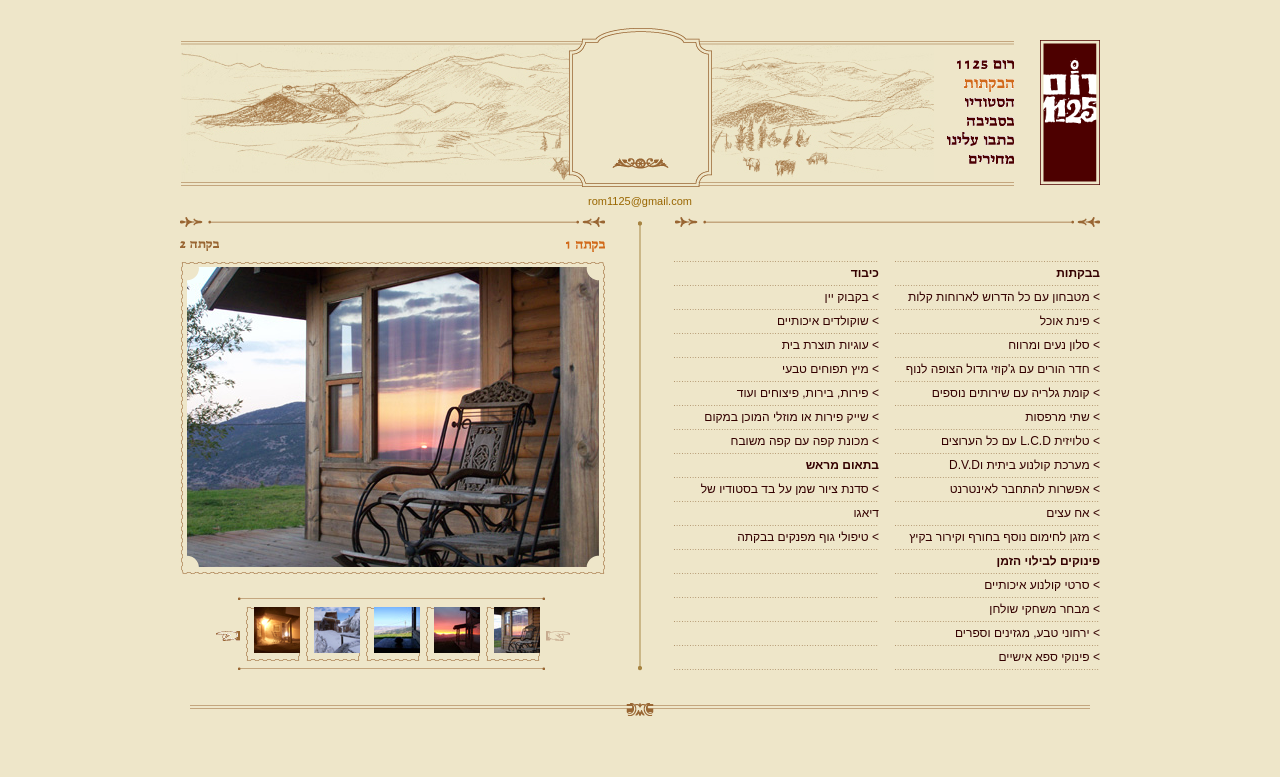
Repository: asafg/rom1125
Page: rom1125/WebContent/huts.html
The author's editor kept a copy of each file at every save. The page is drawn from the files as they stood at one save, then again after the next save.
The browser window is 1280 px wide. The pictures show the whole page.

Above is the page before, as saved 2010-06-10 12:44:52.

### rom1125/WebContent/huts.html
<!DOCTYPE html PUBLIC "-//W3C//DTD XHTML 1.1//EN" "http://www.w3.org/TR/xhtml11/DTD/xhtml11.dtd">
<html xmlns="http://www.w3.org/1999/xhtml">

<head>
  <meta http-equiv="Content-Type" content="text/html; charset=utf-8"/>
  <title>רום 1125</title>
  <link rel="stylesheet" href="css/common.css" type="text/css" media="screen"/>
  <link rel="stylesheet" href="css/huts.css" type="text/css" media="screen"/>
  <script src="js/img_gal_cc_compressed.js" type="text/javascript"></script>
  <script type="text/javascript">
  function showHutGallery(hut) {
	  var otherHut = (hut == 1) ? 2 : 1;
	  $('hut' + hut).addClass('active');
	  $('hut' + otherHut).removeClass('active');
	  $('thumbnails_panel' + otherHut).setStyle('display', 'none');
	  $('slideshow' + otherHut).setStyle('display', 'none');
	  $('thumbnails_panel' + hut).setStyle('display', 'block');
	  $('slideshow' + hut).setStyle('display', 'block');
	  if (hut == 2 && hut2ImageGallery == null) {
		  initHut2Gallery();
	  }
  }

  function initHut2Gallery() {
	  hut2ImageGallery = new ImageGallery({
		slides: $$('#slideshow2 img'),
		thumbnails: $$('#thumbnails_wrapper2 img'),
		thumbnailsViewport: 'thumbnails2',
		thumbnailsContainer: 'thumbnails_wrapper2',
		nextThumbnailLink: 'left_arrow2',
		prevThumbnailLink: 'right_arrow2',
		nextThumbnailLinkClass: 'left_arrow',
		prevThumbnailLinkClass: 'right_arrow'});
  }
  </script>
</head>
<body>
<div id="main">
<!-- header -->
<div id="header">
<img id="logo" src="images/logo.png"/>
<div id="header_without_logo"><!-- The part of the header left of the logo -->
<div id="header_top"><img src="images/header_top.png"/></div>
<div id="toolbar_buttons">
<a id="home_link" href="index.html"><img src="images/blank.gif"/></a>
<img src="images/biktot_hl.gif"/>
<a id="studio_link" href="studio.html"><img src="images/blank.gif"/></a>
<a id="env_link" href="env.html"><img src="images/blank.gif"/></a>
<a id="media_link" href="media.html"><img src="images/blank.gif"/></a>
<a id="prices_link" href="prices.html"><img src="images/blank.gif"/></a>
</div><!-- toolbar_buttons -->
<div class="header_image"><img src="images/header_right.jpg"/></div>
<div class="header_image"><img src="images/header_middle.png"/></div>
<div class="header_image"><img src="images/header_left.jpg"/></div>
<div id="header_bottom"><img id="header_bottom_image" src="images/header_bottom.png"/></div>
</div><!-- header_without_logo-->
<div id="email_address_div">
<a href="mailto:rom1125@gmail.com" class="email_address">rom1125@gmail.com</a>
</div><!-- email_address_div -->
</div><!-- header -->
<!-- now for the separators -->
<div id="right_part">
<img src="images/top_horiz_sep.png" class="sep_image"/>
<div id="page_text" class="page_text">
<div id="right_col" class="text_column">
<b>בבקתות</b><br/>
&gt; מטבחון עם כל הדרוש לארוחות קלות<br/>
&gt; פינת אוכל<br/>
&gt; סלון נעים ומרווח<br/>
&gt; חדר הורים עם ג'קוזי גדול הצופה לנוף<br/>
&gt; קומת גלריה עם שירותים נוספים<br/>
&gt; שתי מרפסות<br/>
&gt; טלויזית L.C.D עם כל הערוצים<br/>
&gt; מערכת קולנוע ביתית וD.V.D<br/>
&gt; אפשרות להתחבר לאינטרנט<br/>
&gt; אח עצים<br/>
&gt; מזגן לחימום נוסף בחורף וקירור בקיץ<br/>
<b>פינוקים לבילוי הזמן</b><br/>
&gt; סרטי קולנוע איכותיים<br/>
&gt; מבחר משחקי שולחן<br/>
&gt; ירחוני טבע, מגזינים וספרים<br/>
&gt; פינוקי ספא אישיים<br/>
</div><!-- right_col -->
<div id="columns_spacer"></div>
<div id="left_col" class="text_column">
<b>כיבוד</b><br/>
&gt; בקבוק יין<br/>
&gt; שוקולדים איכותיים<br/>
&gt; עוגיות תוצרת בית<br/>
&gt; מיץ תפוחים טבעי<br/>
&gt; פירות, בירות, פיצוחים ועוד<br/>
&gt; שייק פירות או מוזלי המוכן במקום<br/>
&gt; מכונת קפה עם קפה משובח<br/>
<b>בתאום מראש</b><br/>
&gt; סדנת ציור שמן על בד בסטודיו של דיאגו<br/>
&gt; טיפולי גוף מפנקים בבקתה<br/>
</div><!-- left_col -->
</div><!-- page_text -->
</div><!-- right -->
<div id="vert_sep">
<img src="images/top_ball.png" class="sep_image"/>
<div id="vert_bar"></div>
<img src="images/bottom_ball.png" class="sep_image"/>
</div><!-- vert_sep -->
<div id="left_part">
<img src="images/top_horiz_sep.png" class="sep_image"/>
<div id="hut_links">
	<a href="#" id="hut1" onclick="showHutGallery(1)"><img src="images/blank.gif"/></a>
	<a href="#" id="hut2" onclick="showHutGallery(2)"><img src="images/blank.gif"/></a>
</div>
<div id="photo_frame"><div id="photo_frame_overlay"></div>
<div id="slideshow1">
<img src="images/photos/hut1_1.jpg" alt="השתקפות שקיעה על חלון בקתה 1" title="השתקפות שקיעה על חלון בקתה 1"/>
<img src="images/photos/hut1_2.jpg" alt="שקיעה עם וניל" title="שקיעה עם וניל"/>
<img src="images/photos/hut1_3.jpg" alt="נוף מהמרפסת - עיו קניה" title="נוף מהמרפסת - עיו קניה"/>
<img src="images/photos/hut1_4.jpg" alt="בשלג מכוון המדרגות" title="בשלג מכוון המדרגות"/>
<img src="images/photos/hut1_5.jpg" alt="המרפסת בשלג בלילה" title="המרפסת בשלג בלילה"/>
<img src="images/photos/hut1_6.jpg" alt="זריחה מיוחדת למקדימים להשכים" title="זריחה מיוחדת למקדימים להשכים"/>
<img src="images/photos/hut1_7.jpg" alt="הגפן ובקתה 1 ברקע" title="הגפן ובקתה 1 ברקע"/>
<img src="images/photos/hut1_8.jpg" alt="שקיעה משתקפת על החלון המערבי" title="שקיעה משתקפת על החלון המערבי"/>
<img src="images/photos/hut1_9.jpg" alt="ויטראז' ועץ בחלון" title="ויטראז' ועץ בחלון"/>
<img src="images/photos/hut1_10.jpg" alt="סלון בקתה 1" title="סלון בקתה 1"/>
<img src="images/photos/hut1_11.jpg" alt="הסלון מהאח" title="הסלון מהאח"/>
<img src="images/photos/hut1_12.jpg" alt="חדר שינה ועץ בחלון" title="חדר שינה ועץ בחלון"/>
<img src="images/photos/hut1_13.jpg" alt="מטבח עם קערת פרות" title="מטבח עם קערת פרות"/>
<img src="images/photos/hut1_14.jpg" alt="קערת דובדבנים ומוזלי ברקע הסלון" title="קערת דובדבנים ומוזלי ברקע הסלון"/>
<img src="images/photos/hut1_15.jpg" alt="סלון" title="סלון"/>
<img src="images/photos/hut1_16.jpg" alt="עציץ מלמטה" title="עציץ מלמטה"/>
<img src="images/photos/hut1_17.jpg" alt="קומה עליונה ועץ בחלון" title="קומה עליונה ועץ בחלון"/>
<img src="images/photos/hut1_18.jpg" alt="פינת ישיבה בקומה עליונה" title="פינת ישיבה בקומה עליונה"/>
<img src="images/photos/hut1_19.jpg" alt="נוף ירוק מחלון ג'קוזי 1" title="נוף ירוק מחלון ג'קוזי 1"/>
<img src="images/photos/hut1_20.jpg" alt="ג'קוזי וויטראז' בבקתה 1" title="ג'קוזי וויטראז' בבקתה 1"/>
<img src="images/photos/hut1_21.jpg" alt="בקתה בצללית" title="בקתה בצללית"/>
<img src="images/photos/hut1_22.jpg" alt="שני כיסאות לנוף בשלג" title="שני כיסאות לנוף בשלג"/>
</div><!-- slideshow1 -->
<div id="slideshow2">
<img src="images/photos/photo12.jpg"/>
<img src="images/photos/photo11.jpg"/>
<img src="images/photos/photo12.jpg"/>
<img src="images/photos/photo11.jpg"/>
<img src="images/photos/photo12.jpg"/>
<img src="images/photos/photo11.jpg"/>
</div><!-- slideshow2 -->
</div>
<div id="thumbnails_panel1">
<img id="upper_gallery_strip1" src="images/gallery_strip.png"/>
<div id="thumbnails_toolbar1">
<img id="right_arrow1" src="images/blank.gif" class="right_arrow"/>
<div id="thumbnails1">
<div id="thumbnails_wrapper1">
<div class="thumbnail"><img src="images/thumbs/hut1_1.jpg" alt="השתקפות שקיעה על חלון בקתה 1" title="השתקפות שקיעה על חלון בקתה 1"/></div>
<div class="thumbnail"><img src="images/thumbs/hut1_2.jpg" alt="שקיעה עם וניל" title="שקיעה עם וניל"/></div>
<div class="thumbnail"><img src="images/thumbs/hut1_3.jpg" alt="נוף מהמרפסת - עיו קניה" title="נוף מהמרפסת - עיו קניה"/></div>
<div class="thumbnail"><img src="images/thumbs/hut1_4.jpg" alt="בשלג מכוון המדרגות" title="בשלג מכוון המדרגות"/></div>
<div class="thumbnail"><img src="images/thumbs/hut1_5.jpg" alt="המרפסת בשלג בלילה" title="המרפסת בשלג בלילה"/></div>
<div class="thumbnail"><img src="images/thumbs/hut1_6.jpg" alt="זריחה מיוחדת למקדימים להשכים" title="זריחה מיוחדת למקדימים להשכים"/></div>
<div class="thumbnail"><img src="images/thumbs/hut1_7.jpg" alt="הגפן ובקתה 1 ברקע" title="הגפן ובקתה 1 ברקע"/></div>
<div class="thumbnail"><img src="images/thumbs/hut1_8.jpg" alt="שקיעה משתקפת על החלון המערבי" title="שקיעה משתקפת על החלון המערבי"/></div>
<div class="thumbnail"><img src="images/thumbs/hut1_9.jpg" alt="ויטראז' ועץ בחלון" title="ויטראז' ועץ בחלון"/></div>
<div class="thumbnail"><img src="images/thumbs/hut1_10.jpg" alt="סלון בקתה 1" title="סלון בקתה 1"/></div>
<div class="thumbnail"><img src="images/thumbs/hut1_11.jpg" alt="הסלון מהאח" title="הסלון מהאח"/></div>
<div class="thumbnail"><img src="images/thumbs/hut1_12.jpg" alt="חדר שינה ועץ בחלון" title="חדר שינה ועץ בחלון"/></div>
<div class="thumbnail"><img src="images/thumbs/hut1_13.jpg" alt="מטבח עם קערת פרות" title="מטבח עם קערת פרות"/></div>
<div class="thumbnail"><img src="images/thumbs/hut1_14.jpg" alt="קערת דובדבנים ומוזלי ברקע הסלון" title="קערת דובדבנים ומוזלי ברקע הסלון"/></div>
<div class="thumbnail"><img src="images/thumbs/hut1_15.jpg" alt="סלון" title="סלון"/></div>
<div class="thumbnail"><img src="images/thumbs/hut1_16.jpg" alt="עציץ מלמטה" title="עציץ מלמטה"/></div>
<div class="thumbnail"><img src="images/thumbs/hut1_17.jpg" alt="קומה עליונה ועץ בחלון" title="קומה עליונה ועץ בחלון"/></div>
<div class="thumbnail"><img src="images/thumbs/hut1_18.jpg" alt="פינת ישיבה בקומה עליונה" title="פינת ישיבה בקומה עליונה"/></div>
<div class="thumbnail"><img src="images/thumbs/hut1_19.jpg" alt="נוף ירוק מחלון ג'קוזי 1" title="נוף ירוק מחלון ג'קוזי 1"/></div>
<div class="thumbnail"><img src="images/thumbs/hut1_20.jpg" alt="ג'קוזי וויטראז' בבקתה 1" title="ג'קוזי וויטראז' בבקתה 1"/></div>
<div class="thumbnail"><img src="images/thumbs/hut1_21.jpg" alt="בקתה בצללית" title="בקתה בצללית"/></div>
<div class="thumbnail"><img src="images/thumbs/hut1_22.jpg" alt="שני כיסאות לנוף בשלג" title="שני כיסאות לנוף בשלג"/></div>

</div><!-- thumbnails_wrapper1 -->
</div><!-- thumbnails1 -->
<img id="left_arrow1" src="images/blank.gif" class="left_arrow"/>
</div><!-- thumbnails_toolbar1 -->
<img id="lower_gallery_strip1" src="images/gallery_strip.png"/>
</div><!-- thumbnails_panel1 -->
<div id="thumbnails_panel2">
<img id="upper_gallery_strip2" src="images/gallery_strip.png"/>
<div id="thumbnails_toolbar2">
<img id="right_arrow2" src="images/blank.gif" class="right_arrow"/>
<div id="thumbnails2">
<div id="thumbnails_wrapper2">
<div class="thumbnail"><img src="images/photos/photo5_small.jpg" class="thumbnail"/></div>
<div class="thumbnail"><img src="images/photos/photo5_small.jpg" class="thumbnail"/></div>
<div class="thumbnail"><img src="images/photos/photo5_small.jpg" class="thumbnail"/></div>
<div class="thumbnail"><img src="images/photos/photo5_small.jpg" class="thumbnail"/></div>
<div class="thumbnail"><img src="images/photos/photo5_small.jpg" class="thumbnail"/></div>
<div class="thumbnail"><img src="images/photos/photo6_small.jpg" class="thumbnail"/></div>
<div class="thumbnail"><img src="images/photos/photo6_small.jpg" class="thumbnail"/></div>
</div><!-- thumbnails_wrapper -->
</div><!-- thumbnails -->
<img id="left_arrow2" src="images/blank.gif" class="left_arrow"/>
</div><!-- thumbnails_toolbar2 -->
<img id="lower_gallery_strip2" src="images/gallery_strip.png"/>
</div><!-- thumbnails_panel2 -->
</div><!-- left -->
<div id="footer">
<img src="images/footer_sep.png" class="sep_image"/>
</div><!-- footer -->
</div><!-- main -->
<script type="text/javascript">
var hut1ImageGallery = new ImageGallery({
	slides: $$('#slideshow1 img'),
	thumbnails: $$('#thumbnails_wrapper1 img'),
	thumbnailsViewport: 'thumbnails1',
	thumbnailsContainer: 'thumbnails_wrapper1',
	nextThumbnailLink: 'left_arrow1',
	prevThumbnailLink: 'right_arrow1',
	nextThumbnailLinkClass: 'left_arrow',
	prevThumbnailLinkClass: 'right_arrow'
});

var hut2ImageGallery = null;

showHutGallery(1);
</script>
</body>
</html>

### rom1125/WebContent/css/common.css
body
{
	background-color: #EEE6C9;
	margin: 0px;
	padding: 0px;
}

#main
{
	width: 1000px;
	height: 750px;
	direction: rtl;
	margin-left: auto;
   	margin-right: auto;
}

/* beginning of header definitions */

#header
{
	margin-top: 27px;
}

#logo
{
	width: 60px;
	margin-top: 13px;
	margin-right: 40px;
	float: right;
}

#header_without_logo
{
	margin-right: 26px;
	margin-top: 1px;
	padding: 0px;
	width: 834px;
	float: right;
}

#header_top
{
	margin: 0px;
	padding: 0px;
	height: 17px;
	float: right;
	display: block;
}

#header_bottom
{
	margin: 0px;
	padding: 0px;
	height: 5px;
	float: right;
	display: block;
}

#header_bottom_image
{
	margin: 0px;
	padding: 0px;
	vertical-align: top;
}

.header_image
{
	margin: 0px;
	padding: 0px;
	height: 137px;
	float: right;
	display: block;
}

#toolbar_buttons
{
	margin-top: 11px;
	margin-left: 13px;
	float: right;
}

#toolbar_buttons img
{
	margin: 0px 0px 2px 0px; width: 67px; height: 17px; padding: 0px; display: block; border-width: 0px;
}

/*toolbar buttons images are set as background images in order to allow rollover effect using css (no javascript) */
#toolbar_buttons a#home_link   img {background: url("../images/rom.gif") top left no-repeat;}
#toolbar_buttons a#huts_link   img {background: url("../images/biktot.gif") top left no-repeat;}
#toolbar_buttons a#studio_link img {background: url("../images/studio.gif") top left no-repeat;}
#toolbar_buttons a#env_link    img {background: url("../images/sviva.gif") top left no-repeat;}
#toolbar_buttons a#media_link  img {background: url("../images/katvu.gif") top left no-repeat;}
#toolbar_buttons a#prices_link img {background: url("../images/mehirim.gif") top left no-repeat;}

#toolbar_buttons a#home_link:hover   img {background: url("../images/rom_hl.gif") top left no-repeat;}
#toolbar_buttons a#huts_link:hover   img {background: url("../images/biktot_hl.gif") top left no-repeat;}
#toolbar_buttons a#studio_link:hover img {background: url("../images/studio_hl.gif") top left no-repeat;}
#toolbar_buttons a#env_link:hover    img {background: url("../images/sviva_hl.gif") top left no-repeat;}
#toolbar_buttons a#media_link:hover  img {background: url("../images/katvu_hl.gif") top left no-repeat;}
#toolbar_buttons a#prices_link:hover img {background: url("../images/mehirim_hl.gif") top left no-repeat;}

#email_address_div
{
	padding-top: 8px;
	margin-left: auto;
    margin-right: auto;
	font-family: arial, sans-serif;
	font-size: 11px;
	display: block;
	text-align: center;
	clear: both;
}

a.email_address:link, a.email_address:active, a.email_address:focus, a.email_address:visited
{
	color: #996600;
	text-decoration: none;
}

a.email_address:hover
{
	color: #CC6600;
	text-decoration: none;
}

/* end of header definitions */

#right_part
{
	width: 425px;
	margin-top: 10px;
	margin-right: 40px;
	float: right;
}

#vert_sep
{
	float: right;
	margin: 14px 33px 0px 33px;
	padding: 0px;
}

#vert_bar
{
	width: 2px;
	height: 440px;
	margin: 0 1px 0 1px;
	background-color: #cbb787;
}

#left_part
{
	width: 425px;
	margin-top: 10px;
	margin-left: 0px;
	float: right;
}

.sep_image
{
	padding: 0;
	display: block;
}

#footer
{
	margin: 0px 50px 0px 50px;
	float: none;
	clear: both;
}

### rom1125/WebContent/css/huts.css
.page_text
{
	float: right;
	width: 426px;
	margin-top: 34px;
	line-height: 200%;
	font-family: arial;
	font-size: 12px;
	color: #330000;
	border: 0px solid red;
}

.text_column
{
	background-image: url("../images/dashed_line.png");
	background-repeat:repeat-y;
	float: right;
	width: 205px;
	height: 409px;
	border: 0px solid black;
}

#columns_spacer
{
	float: right;
	width: 16px;
	height: 409px;
	border: 0px solid green;
}

#hut_links a img {width: 39px; height: 11px; margin: 0px; display: block; border-width: 0px;}

#hut_links
{
	margin-top: 14px;
}

#hut_links a#hut1 img
{
	background: url("../images/hut1.png") top left no-repeat;
	float: right;
}

#hut_links a#hut2 img
{
	background: url("../images/hut2.png") top left no-repeat;
	float: left;
}

#hut_links a#hut1:hover img {background: url("../images/hut1_hl.png") top left no-repeat;}

#hut_links a#hut2:hover img {background: url("../images/hut2_hl.png") top left no-repeat;}

#hut_links a#hut1.active img {background: url("../images/hut1_hl.png") top left no-repeat;}

#hut_links a#hut2.active img {background: url("../images/hut2_hl.png") top left no-repeat;}

#footer
{
	padding-top: 32px;
}

/* image gallery */
#photo_frame
{
	position: relative;
	margin-top: 34px;
	width: 425px;
	height: 313px;
	overflow: hidden;
}

#photo_frame img
{
	padding: 6px 6px 0px 0px;
}

#photo_frame_overlay
{
	position:absolute; top:0; left:0; width: 100%; height: 100%; z-index:998;
	background: url("../images/frame_big.png") no-repeat center;
}

/* hide the slide show of the second hut */
#thumbnails_panel2, #slideshow2
{
	display: none;
}

#thumbnails_panel1, #thumbnails_panel2
{
	margin-top: 11px;
	width: 354px;
}

#upper_gallery_strip1, #upper_gallery_strip2
{
	margin: 12px 60px 7px 0px;
	float: right;
}

#lower_gallery_strip1, #lower_gallery_strip2
{
	margin: 6px 60px 0px 0px;
	float: right;
}

#thumbnails_toolbar1, #thumbnails_toolbar2
{
	margin-right: 35px;
	width: 354px;
}

#right_arrow1, #right_arrow2
{
	width: 24px;
	height: 11px;
	margin: 24px 0px 0px 3px;
	vertical-align: middle;
	clear: both;
	float: right;
	display: block;
	border: 0px;
}

img.right_arrow
{
	background: url("../images/right_arrow.gif") top left no-repeat;
}

img.right_arrow:hover
{
	background: url("../images/right_arrow_hl.gif") top left no-repeat;
}

img.right_arrow_disabled
{
	background: url("../images/right_arrow_da.png") top left no-repeat;
}

#left_arrow1, #left_arrow2
{
	width: 24px;
	height: 11px;
	margin: 24px 3px 0px 0px;
	float: right;
	border: 0px;
}

img.left_arrow
{
	background: url("../images/left_arrow.gif") top left no-repeat;
}

img.left_arrow:hover
{
	background: url("../images/left_arrow_hl.gif") top left no-repeat;
}

img.left_arrow_disabled
{
	background: url("../images/left_arrow_da.png") top left no-repeat;
}

#thumbnails1, #thumbnails2
{
	position: relative;
	width: 300px;
	height: 54px;
	float: right;
	overflow: hidden;
}

#thumbnails_wrapper1, #thumbnails_wrapper2
{
	position: absolute;
	width: 420px;
	height: 54px;
	/*float: right;*/
}

.thumbnail
{
	background: url("../images/frame_small.png") no-repeat center;
	margin-left: 3px;
	margin-right: 3px;
	width: 54px;
	height: 54px;
	float: right;
}

div.thumbnail:hover
{
	background: url("../images/frame_small_hl.png") no-repeat center;
	margin-left: 3px;
	margin-right: 3px;
	width: 54px;
	height: 54px;
	float: right;
}

img.thumbnail
{
	margin: 4px 4px auto;
	width: 46px;
	height: 46px;
	border: 1px black;
}
/* end of image gallery */

Loaded but not shown: rom1125/WebContent/js/img_gal_cc_compressed.js (library)

After the next save:
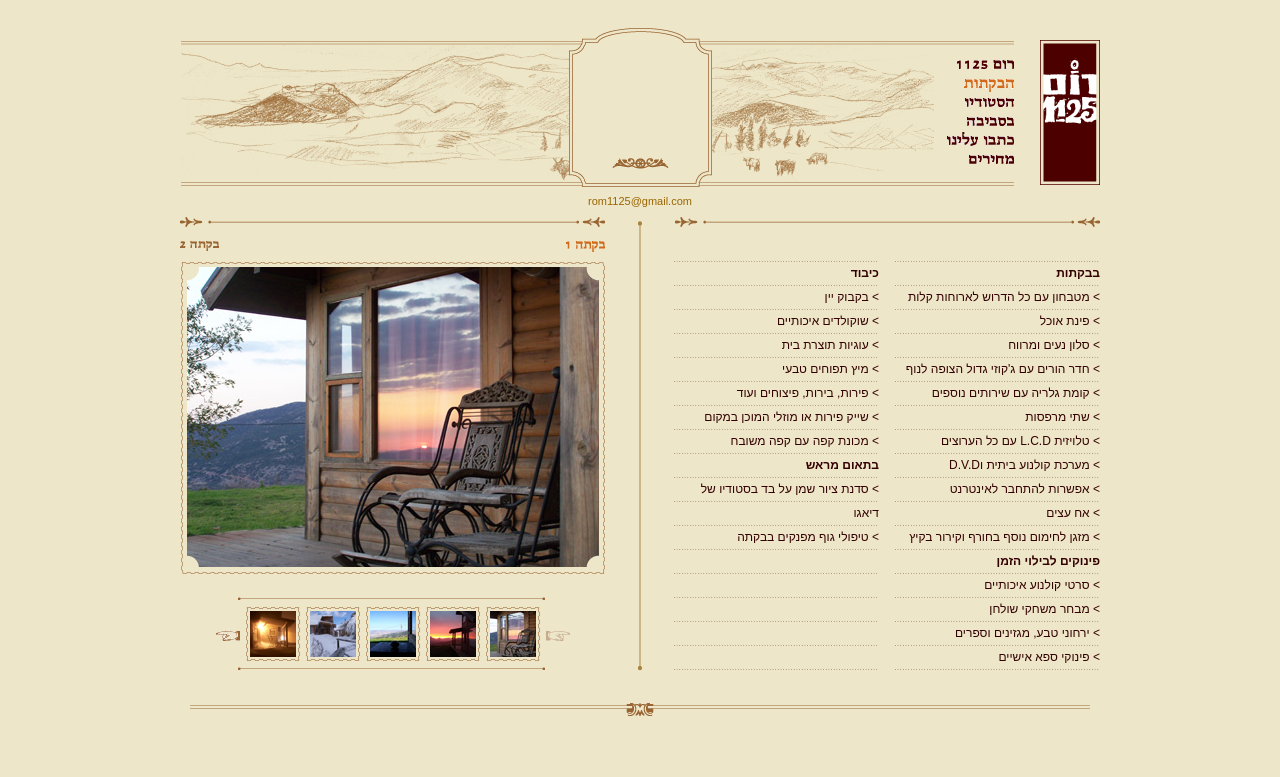
Saved 71 s later.
--- a/rom1125/WebContent/css/huts.css
+++ b/rom1125/WebContent/css/huts.css
@@ -199,7 +199,7 @@
 	float: right;
 }
 
-img.thumbnail
+.thumbnail img
 {
 	margin: 4px 4px auto;
 	width: 46px;
